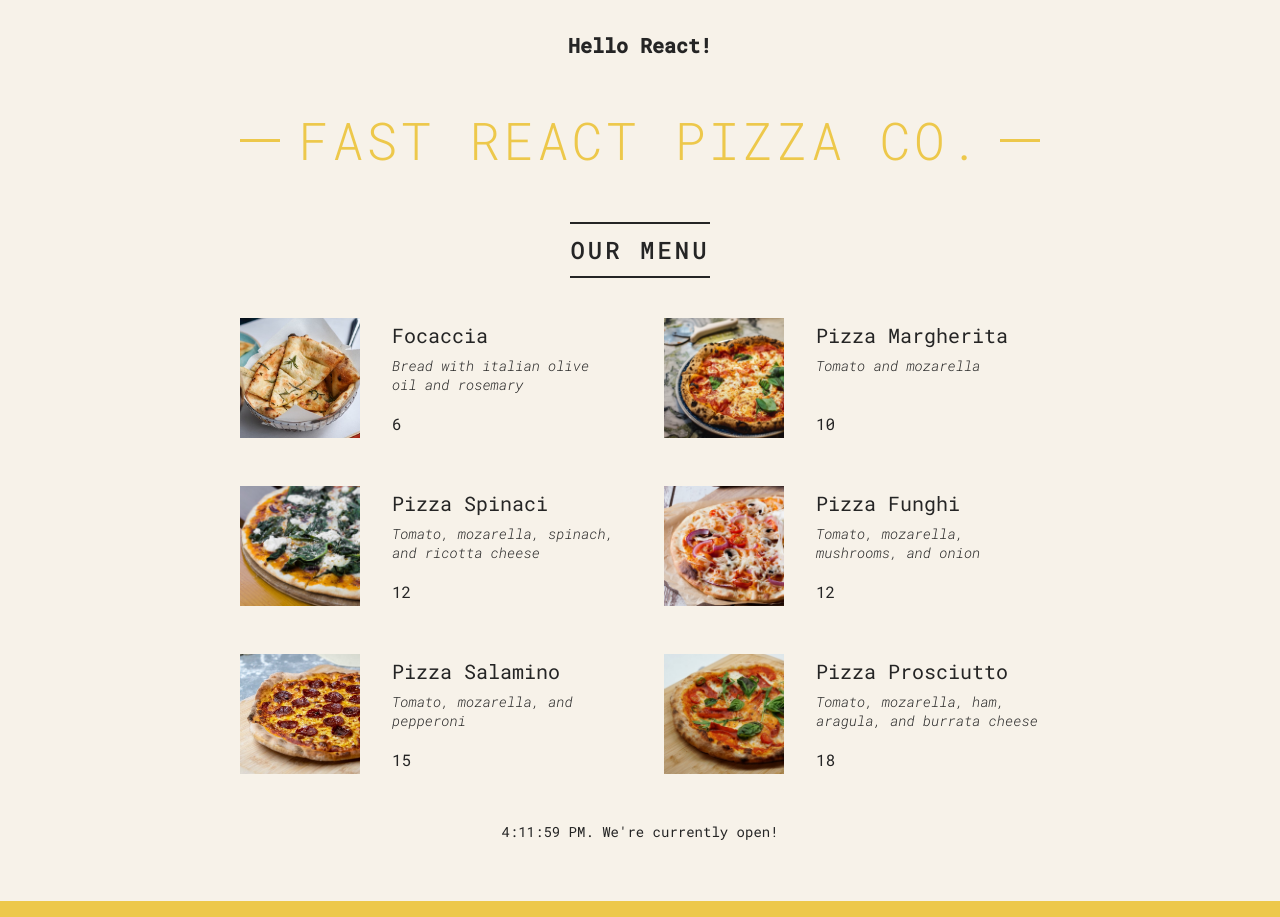
Repository: Alphosmart/03_pizza-menu
Page: /
These files come from the project's save history. The page is drawn as it stood at one moment and after the next save; the edit follows.
The browser window is 1280 px wide. The pictures show the whole page.
The project was rebuilt for these pictures with package versions that can differ from the ones it lists, and the page was loaded fresh each time.

Above is the page before, as saved 2024-05-31 16:55:45.

After the next save:
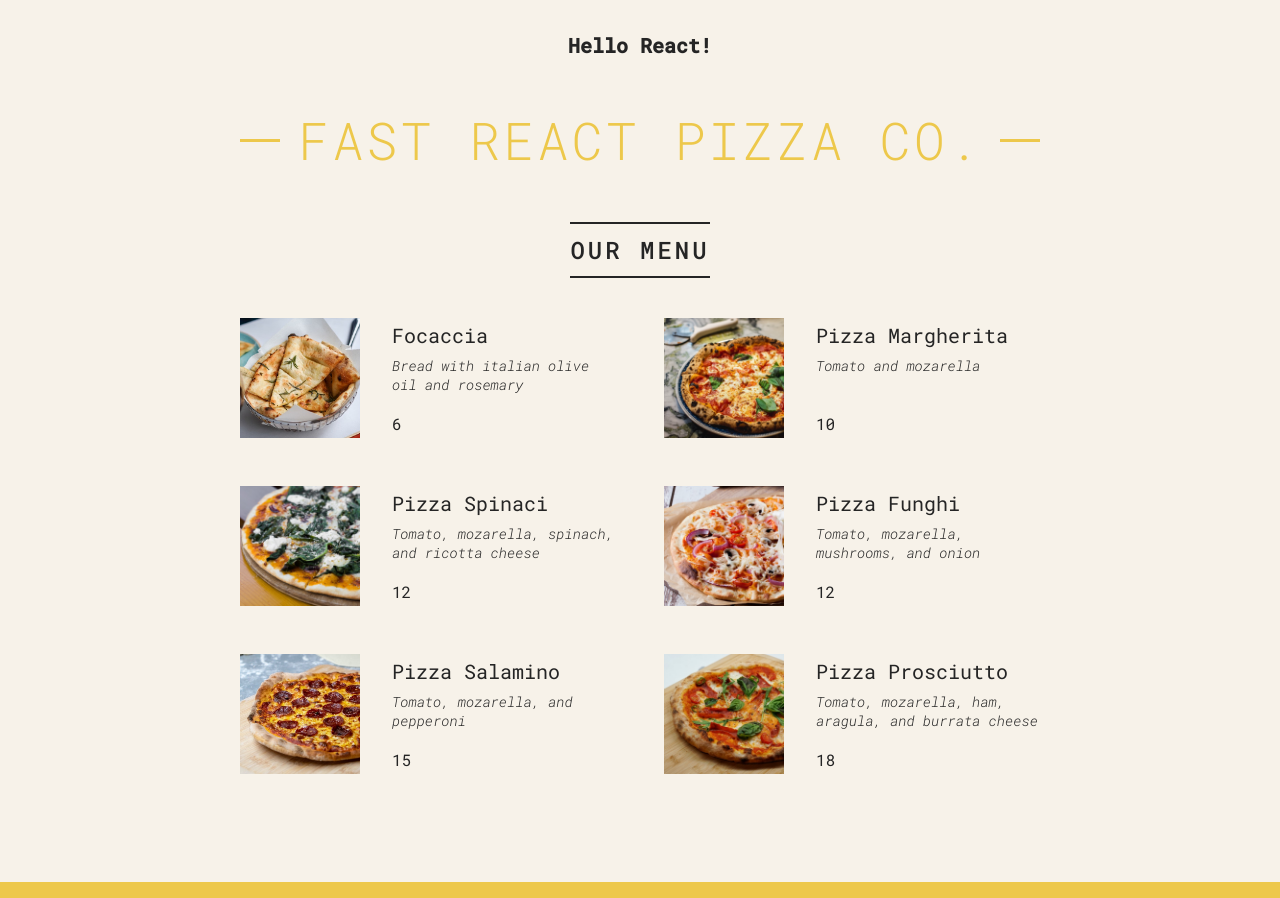
Saved 3 h 35 min later.
--- a/src/index.js
+++ b/src/index.js
@@ -116,11 +116,7 @@
   console.log(isOpen);
   // if (hour >= openHour && hour <= closeHour) alert("We're currently open!");
   // else alert("Sorry We're closed!");
-  return (
-    <footer className="footer">
-      {new Date().toLocaleTimeString()}. We're currently open!
-    </footer>
-  );
+  return <footer className="footer">{}</footer>;
 
   // return React.createElement("footer", null, "We're currently open!");
 }

After the save that followed:
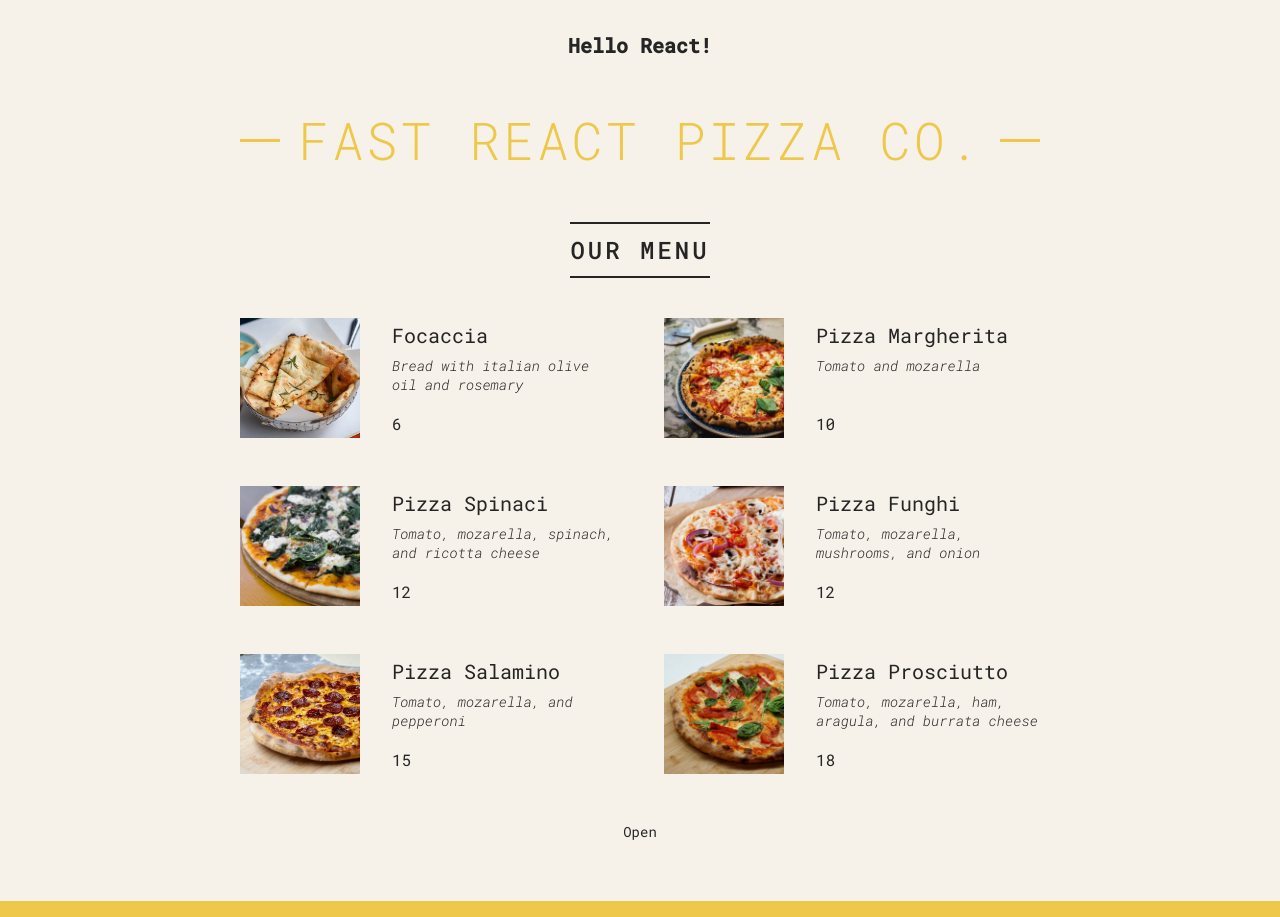
Saved 52 s later.
--- a/src/index.js
+++ b/src/index.js
@@ -116,7 +116,7 @@
   console.log(isOpen);
   // if (hour >= openHour && hour <= closeHour) alert("We're currently open!");
   // else alert("Sorry We're closed!");
-  return <footer className="footer">{}</footer>;
+  return <footer className="footer">{isOpen && <p>Open</p>}</footer>;
 
   // return React.createElement("footer", null, "We're currently open!");
 }
